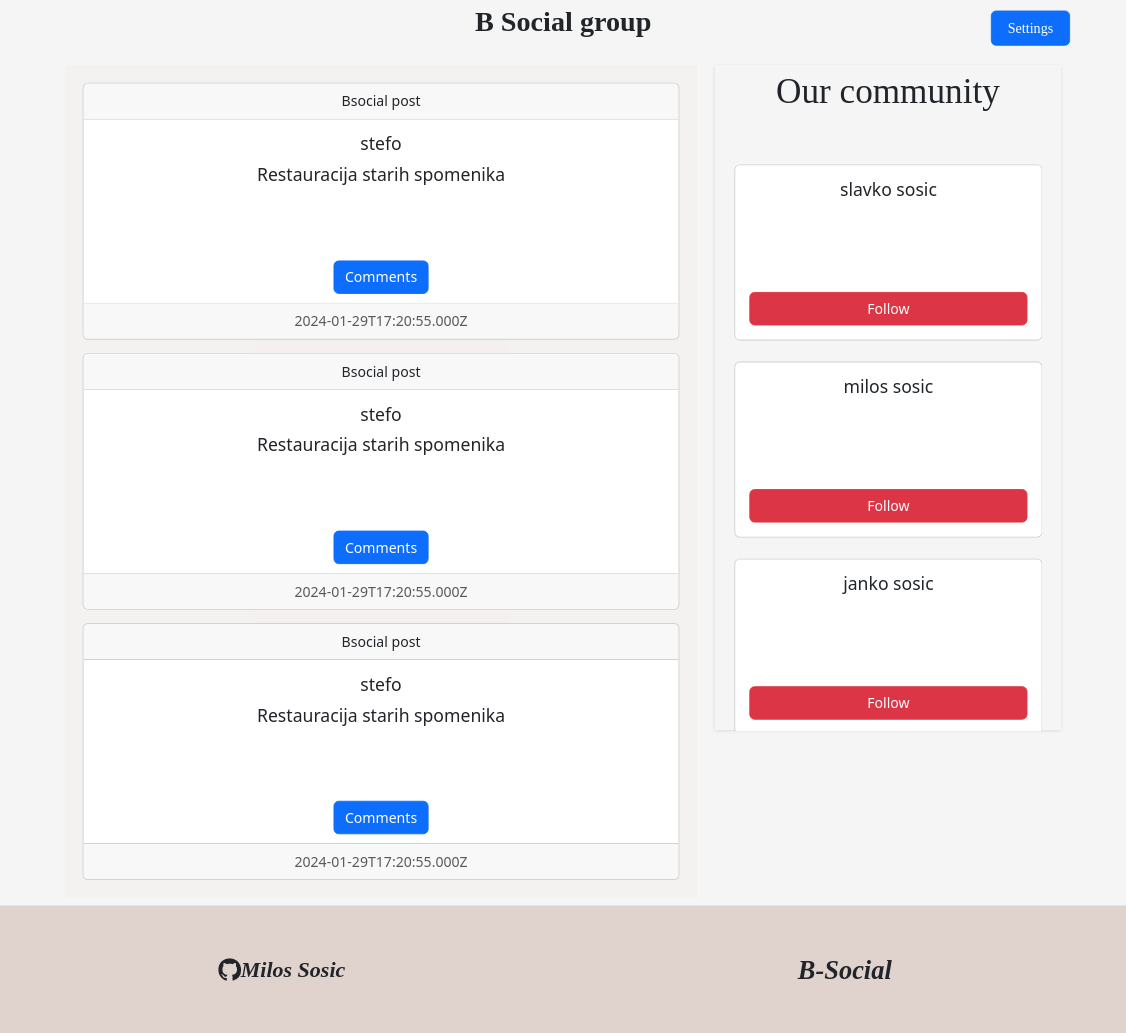
Repository: mcedo1/b-Social-app
Page: /main
An editor plug-in stored every save of this project. The page is shown before and after the next save, followed by the edit.
The browser window is 1280 px wide. The pictures show the whole page, at 88% of full size.
The project was rebuilt for these pictures with package versions that can differ from the ones it lists, and the page was loaded fresh each time. Also part of the build but not shown: src/components/log.reg.component/Login.js, src/components/log.reg.component/Registration.js, src/components/submain.component/Comment.js, src/components/about.us.component/NewFollowers.js, src/components/about.us.component/AboutUs.js.

Above is the page before, as saved 2024-02-03 16:01:45.

### src/index.js
import React from 'react';
import ReactDOM from 'react-dom/client';
import './index.css';
import App from './App';
import reportWebVitals from './reportWebVitals';
import {
  BrowserRouter as Router
} from "react-router-dom";
import 'bootstrap/dist/css/bootstrap.min.css';
import 'react-toastify/dist/ReactToastify.css';

const root = ReactDOM.createRoot(document.getElementById('root'));
root.render(
  <React.StrictMode>
    <Router>
      <App />
    </Router>
  </React.StrictMode>
);

// If you want to start measuring performance in your app, pass a function
// to log results (for example: reportWebVitals(console.log))
// or send to an analytics endpoint. Learn more: https://bit.ly/CRA-vitals
reportWebVitals();

### src/App.js
import './App.css';
import Footer from './components/footer.component/Footer';
import Login from './components/log.reg.component/Login';
import Registration from './components/log.reg.component/Registration';
import MainPage from './components/main.page.component/MainPage';
import WebSocket from 'websocket';
import { useEffect } from 'react';
import {
  Routes,
  Route,
} from "react-router-dom";
import AboutUsCommponent from './components/about.us.component/AboutUs';
import { ToastContainer } from 'react-toastify';


function App() {
//   useEffect(() => {
//     // Establish a WebSocket connection
//     const ws = new WebSocket('wss://localhost:8080');

//     // Set up event listeners
//     ws.onopen = () => {
//       console.log('WebSocket connection opened');
//     };

//     ws.onmessage = (event) => {
//       console.log('Received message:', event.data);
//       // Handle the incoming message
//     };

//     ws.onclose = () => {
//       console.log('WebSocket connection closed');
//     };

//     // Clean up the WebSocket connection when the component is unmounted
//     return () => {
//       ws.close();
//     };
//   }, []);


  return (
    <div className='App'>
      <div className="Main">
        <ToastContainer/>
        <Routes>
          <Route index path="/" element={<Login />} />
          <Route path="/reg" element={<Registration />} />
          <Route path="/main" element={<MainPage />} />
          <Route path='aboutUs' element={<AboutUsCommponent/>}/>
        </Routes>
      </div>
      <Footer/>
     </div>
  );
}

export default App;

### src/components/footer.component/Footer.js
import React from 'react'
import './Footer.css';

function Footer() {
  return (
      <div className='Footer'>
      <div className='Left'>
      <svg xmlns="http://www.w3.org/2000/svg" width="26" height="26" fill="currentColor" class="bi bi-github" viewBox="0 0 16 16">
  <path d="M8 0C3.58 0 0 3.58 0 8c0 3.54 2.29 6.53 5.47 7.59.4.07.55-.17.55-.38 0-.19-.01-.82-.01-1.49-2.01.37-2.53-.49-2.69-.94-.09-.23-.48-.94-.82-1.13-.28-.15-.68-.52-.01-.53.63-.01 1.08.58 1.23.82.72 1.21 1.87.87 2.33.66.07-.52.28-.87.51-1.07-1.78-.2-3.64-.89-3.64-3.95 0-.87.31-1.59.82-2.15-.08-.2-.36-1.02.08-2.12 0 0 .67-.21 2.2.82.64-.18 1.32-.27 2-.27s1.36.09 2 .27c1.53-1.04 2.2-.82 2.2-.82.44 1.1.16 1.92.08 2.12.51.56.82 1.27.82 2.15 0 3.07-1.87 3.75-3.65 3.95.29.25.54.73.54 1.48 0 1.07-.01 1.93-.01 2.2 0 .21.15.46.55.38A8.01 8.01 0 0 0 16 8c0-4.42-3.58-8-8-8"/>
</svg>
       <b> Milos Sosic</b>
      </div>
      <div className='Right'>
        <i>B-Social</i>
      </div>
    </div>
  )
}

export default Footer

### src/components/main.page.component/MainPage.js
import React, { useState, useEffect } from "react";
import "./MainPage.css";
import SideBar from "./sideBar";
import Submain from "../submain.component/Submain";
import { Button } from "react-bootstrap";

function MainPage() {
  const [showScrollTopButton, setShowScrollTopButton] = useState(false);

  useEffect(() => {
    const handleScroll = () => {
      const scrollY = window.scrollY;
      setShowScrollTopButton(scrollY > window.innerHeight);
    };

    window.addEventListener("scroll", handleScroll);

    return () => {
      window.removeEventListener("scroll", handleScroll);
    };
  }, []);

  const handleScrollTop = () => {
    // Scrollajte na vrh stranice
    window.scrollTo({ top: 0, behavior: "smooth" });
  };

  return (
    <div className="MainPage">
      <SideBar />
      <Submain />
      {showScrollTopButton && (
        <Button
          onClick={handleScrollTop}
          style={{ position: "fixed", bottom: "20px", right: "5px" }}
          className="btn btn-dark"
        >
          On top
        </Button>
      )}
    </div>
  );
}

export default MainPage;

### src/components/footer.component/Footer.css
.Footer {
  background-color: #e0d3ce;

  height: 20vh;
  display: flex;
  flex-direction: row;
  box-shadow: rgba(0, 0, 0, 0.02) 0px 1px 3px 0px,
    rgba(27, 31, 35, 0.15) 0px 0px 0px 1px;
}
.Left {
  flex: 1;
  display: flex;
  justify-content: center;
  align-items: center;
  font-size: 25px;
  font-family: "Times New Roman", Times, serif;
  font-style: italic;
}

.Left b:hover {
  cursor: pointer;
  font-size: 27px;
}

.Right {
  flex: 1;
  display: flex;
  justify-content: center;
  align-items: center;
  font-family: "Times New Roman", Times, serif;
  font-weight: 700;
  font-size: 30px;
}

.Right i:hover {
  cursor: pointer;
  font-size: 31px;
}

### src/components/log.reg.component/Login.css
.Login {
    flex: 1;
    display: flex;
    justify-content: center;
    align-items: center;
    background-color: #f3f3ef;
    box-shadow: rgba(0, 0, 0, 0.1) 0px 4px 12px;
    margin: 20px 0;
}

p:hover {
    cursor: default;
}

### src/API/Api.js
import axios from "axios";
import ApiConfig from "../config/apiconfig";

export default function api(path, body, method) {
     const requestDATA = {
          method: method,
          baseURL: ApiConfig.API_URL,
          url: path,
          data: body,
          headers: {
               "Content-Type": "application/json",
               Authorization: getToken(),
          },
     };

     return new Promise((resolve, reject) => {
          axios(requestDATA)
               .then((res) => responseHandler(res, resolve))
               .catch(async (error) => {
                    console.log(error.response.status, error.response.data)
                    if (error.response.status === 401) {
                         const response = {
                              status: "login Error",
                              data: error.response.data.message,
                         };

                         return resolve(response);
                    }

                    const response = {
                         status: "Conflict",
                         data: error.response.data.message,
                    };
                    resolve(response);
               });
     });
}

async function responseHandler(res, resolve) {

    if (res.status < 200 || res.status >= 300) {
          const response = {
               status: "service Error",
               data: res.data,
          };

          return resolve(response);
     }
     let response;
     if (res.data.errorStatus < 0)
          response = {
               status: "login Error",
               data: res.data,
          };
     else
          response = {
               status: "ok",
               data: res.data,
          };
     return resolve(response);
}

export function getToken() {
     const token = localStorage.getItem("api_token");
     return "Berer " + token;
}

export function saveToken(token) {
     localStorage.setItem("api_token", token);
}

export function saveIdentity(identity) {
     localStorage.setItem("api_identity", identity);
}

export function getIdentity() {
     return localStorage.getItem("api_identity");
}

export function delIdentity() {
     localStorage.removeItem('api_identity')
}
export function delToken() {
     localStorage.removeItem('api_token')
}

### src/components/main.page.component/MainPage.css
.MainPage {
    flex: 1;
    display: flex;
    flex-direction: column;
}


.Naslov {
    display: flex;
    justify-items: end;
    font-size: xx-large;
    font-weight: bolder;

    font-family: 'Lucida Sans', 'Lucida Sans Regular', 'Lucida Grande', 'Lucida Sans Unicode', Geneva, Verdana, sans-serif;
}
.Setting-button {
    flex: 1;
    display: flex;
    justify-content: end;
    align-items: center;
}

### src/components/main.page.component/sideBar.js
import React, { useState } from "react";
import Offcanvas from "react-bootstrap/Offcanvas";
import Button from "react-bootstrap/Button";
import { Link } from "react-router-dom";
import { useNavigate } from "react-router-dom";
import { delIdentity, delToken } from "../../API/Api";

function SideBar() {
     const [show, setShow] = useState(false);
     const navigate = useNavigate();
     const handleClose = () => setShow(false);
     const handleShow = () => setShow(true);

     const handleLogOut = () => {
          delIdentity()
          delToken()
          navigate("/");
     };

     return (
          <>
               <div className="Naslov">
                    <div style={{ flex: "1" }}></div>
                    <div>
                         <p style={{ fontFamily: "cursive" }}>B Social group</p>
                    </div>
                    <div className="Setting-button">
                         <Button
                              style={{
                                   width: "90px",
                                   height: "40px",
                                   fontFamily: "cursive",
                              }}
                              variant="primary"
                              onClick={handleShow}>
                              Settings
                         </Button>
                    </div>
                    <hr />
               </div>

               <Offcanvas show={show} onHide={handleClose}>
                    <Offcanvas.Header closeButton>
                         <Offcanvas.Title
                              style={{
                                   fontFamily: "cursive",
                                   fontSize: "35px",
                              }}>
                              B-social routes
                         </Offcanvas.Title>
                    </Offcanvas.Header>
                    <hr />
                    <Offcanvas.Body
                         style={{
                              display: "flex",
                              flexDirection: "column",
                              justifyContent: "space-between",
                         }}>
                         <div>
                              <p>
                                   <Link
                                        to={"/main"}
                                        style={{
                                             textDecoration: "none",
                                             fontFamily: "cursive",
                                             fontSize: "23px",
                                        }}>
                                        Main Panel
                                   </Link>
                              </p>
                              <p>
                                   <Link
                                        to={"/aboutUs"}
                                        style={{
                                             textDecoration: "none",
                                             fontFamily: "cursive",
                                             fontSize: "20px",
                                        }}>
                                        About Us!
                                   </Link>
                              </p>
                         </div>
                         <Button
                              style={{
                                   alignSelf: "end",
                                   fontFamily: "cursive",
                              }}
                              variant="danger"
                              onClick={handleLogOut}>
                              Sign Out!
                         </Button>
                    </Offcanvas.Body>
               </Offcanvas>
          </>
     );
}

export default SideBar;

### src/components/submain.component/Submain.js
import React, { useState } from "react";
import "../submain.component/Submain.css";
import Post from "./Post";
import FollowerComponent from "./FollowerComponet";
function Submain() {

  const [post, setPost] = useState({
    postId: '',
    content: "Restauracija starih spomenika",
    userId: 7,
    timestamp: "2024-01-29T17:20:55.000Z",
    username: 'stefo'
  })
  const [posts, setPosts] = useState([post, post, post])

  return (
    <div className="Submain">
      <div className="Posts">
        {posts.map((p, index)=> <Post {...p}/>)}
      </div>
      <div className="Followers">
        <p style={{fontFamily:'cursive', fontSize:'40px', flex:'1px', display:'flex', justifyContent:'center'}}>Our community</p>
        <FollowerComponent/>
      </div>
    </div>
  );
}

export default Submain;

### src/config/apiconfig.js

const ApiConfig = {
    API_URL: 'http://localhost:3001',
}

export default ApiConfig;

### src/components/submain.component/Submain.css
.Submain {
  flex: 1;
  display: flex;
  flex-direction: row;
}

.Posts {
  flex: 3;
  margin: 10px;
  padding: 5px;
  background-color: rgba(237, 217, 217, 0.16);
}
.Followers {
  box-shadow: rgba(0, 0, 0, 0.16) 0px 1px 4px;
  margin: 10px;
  padding: 0px 5px;
  max-height: 105vh;

}

### src/components/submain.component/Post.js
import React from "react";
import MyModal from "./Modal";

function Post({postId, content, userId, timestamp, username}) {
  console.log(postId)
  return (
    <div style={{ margin: "15px " }}>
      <div class="card text-center">
        <div class="card-header">Bsocial post</div>
        <div class="card-body" style={{ minHeight: "150px" }}>
          <h5 class="card-title">{username}</h5>
          <p class="card-text" className="lead">
            {content}
          </p>
        </div>
        <MyModal />
        <div class="card-footer text-muted">{timestamp}</div>
      </div>
    </div>
  );
}

export default Post;

### src/components/submain.component/FollowerComponet.js
import React from "react";
import "bootstrap/dist/css/bootstrap.min.css";

const FollowerCard = ({ firstName, lastName, userid }) => {
    return (
        <div className="col-md-4 mb-4">
            <div className="card" style={{ width: "350px", height: "200px", margin:'5px' }}>
                <div className="card-body d-flex flex-column justify-content-between">
                    <h5 className="card-title d-flex justify-content-center">{`${firstName} ${lastName}`}</h5>
                    <button className="btn btn-danger">Follow</button>
                </div>
            </div>
        </div>
    );
};

const FollowerComponent = () => {

    let lista = [
        {firstName: 'slavko', lastName:'sosic', userid:'123'},
        {firstName: 'milos', lastName:'sosic', userid:'123'},
        {firstName: 'janko', lastName:'sosic', userid:'123'},
        {firstName: 'marko', lastName:'sosic', userid:'123'},
        {firstName: 'milutin', lastName:'sosic', userid:'323'},
        {firstName: 'jovan', lastName:'sosic', userid:'323'},
        {firstName: 'david', lastName:'sosic', userid:'323'},
        {firstName: 'ratko', lastName:'sosic', userid:'323'},
        {firstName: 'slobaodan', lastName:'sosic', userid:'135'},
    ]
    return (
        <div className="container mt-5">
            <div
                className="column"
                style={{
                    overflowY: "auto",
                    maxHeight: "90vh",
                    overflowX: "hidden",
                }}>
                                {lista.map((follower, index)=> {
                return <FollowerCard firstName={follower.firstName} lastName={follower.lastName} userid={follower.userid}/>
            })}
            </div>
        </div>
    );
};
export default FollowerComponent;

### src/components/submain.component/Modal.js
import React, { useState } from "react";
import { Button, Form, Modal } from "react-bootstrap";
import "bootstrap/dist/css/bootstrap.min.css";
import Comment from "./Comment";

const MyModal = () => {
  const [showModal, setShowModal] = useState(false);

  const handleModalOpen = () => setShowModal(true);
  const handleModalClose = () => setShowModal(false);

  return (
    <div>
      <Button
        variant="primary"
        onClick={handleModalOpen}
        style={{ margin: "10px 0" }}
      >
        Comments
      </Button>

      <Modal show={showModal} onHide={handleModalClose} size="lg">
        <Modal.Header closeButton>
          <Modal.Title>Primjer modala</Modal.Title>
        </Modal.Header>
        <Modal.Body style={{ display: "flex", flexDirection: "column" }}>
          <Form>
            <div class="form-group">
              <label for="exampleFormControlTextarea1">
                Comment this post!
              </label>
              <textarea
                class="form-control"
                id="exampleFormControlTextarea1"
                rows="3"
                style={{ maxHeight: "150px" }}
              ></textarea>
            </div>

            <Button
              variant="primary"
              type="submit"
              style={{ margin: "10px 0" }}
            >
              Pošalji
            </Button>
          </Form>
          <Comment username={"Milos Sosic"} date={"23-02-2024"} />
          <Comment username={"Milos Sosic"} date={"23-02-2024"} />
          <Comment username={"Milos Sosic"} date={"23-02-2024"} />
          <Comment username={"Milos Sosic"} date={"23-02-2024"} />
        </Modal.Body>
        <Modal.Footer>
          <Button variant="secondary" onClick={handleModalClose}>
            Zatvori
          </Button>
        </Modal.Footer>
      </Modal>
    </div>
  );
};

export default MyModal;

Loaded but not shown: public/index.html (common file); src/index.css (common file); src/reportWebVitals.js (common file); src/App.css (common file)

After the next save:
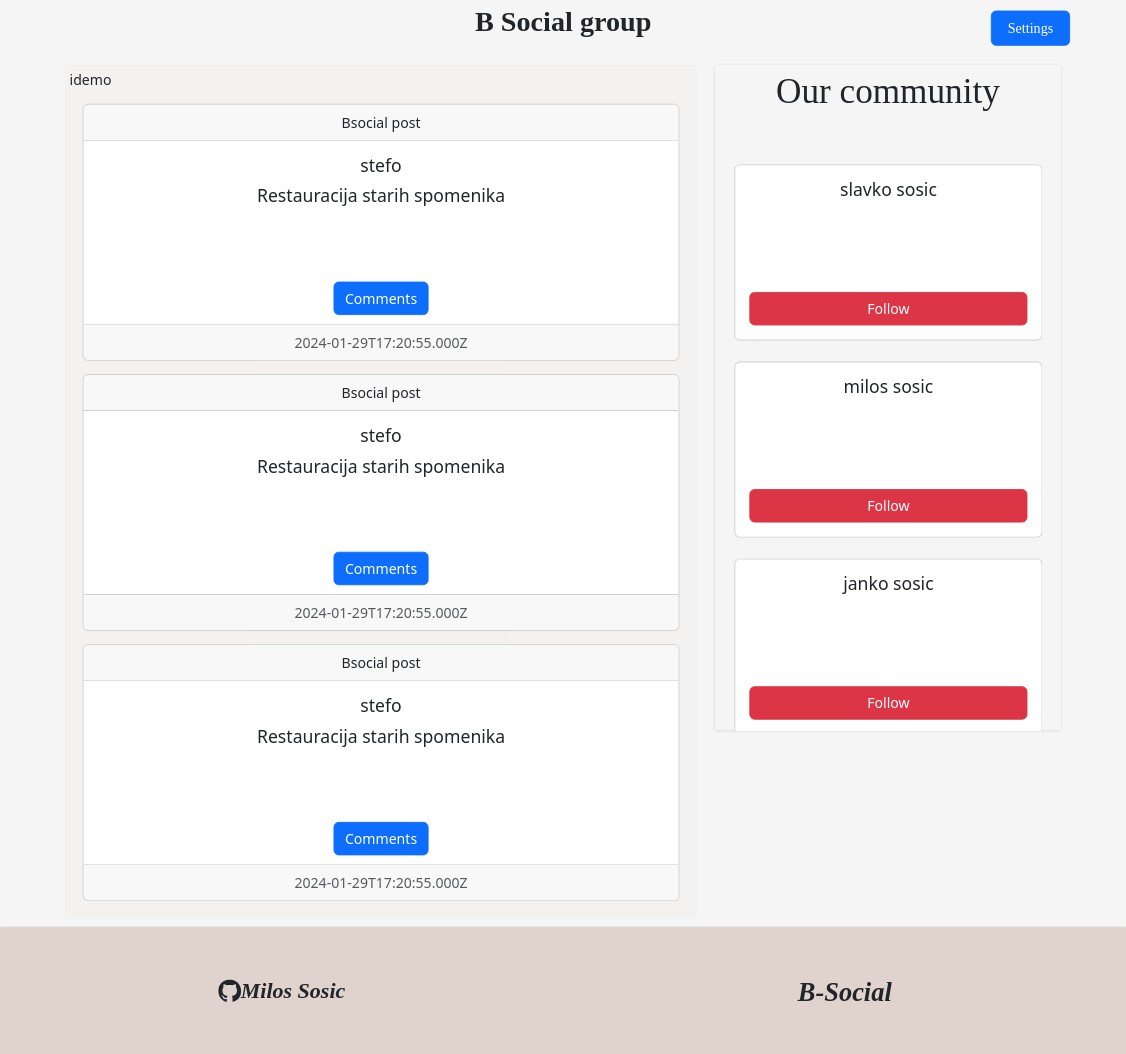
Saved 24 s later.
--- a/src/components/submain.component/Submain.js
+++ b/src/components/submain.component/Submain.js
@@ -16,6 +16,7 @@ function Submain() {
   return (
     <div className="Submain">
       <div className="Posts">
+        idemo
         {posts.map((p, index)=> <Post {...p}/>)}
       </div>
       <div className="Followers">
